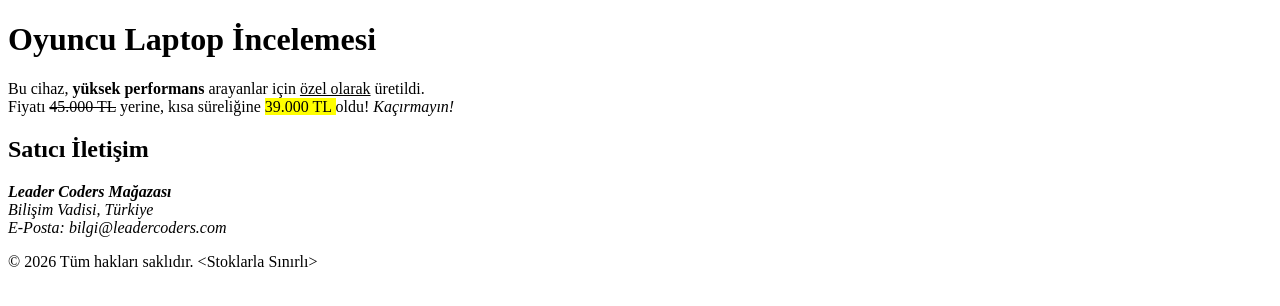
Repository: BeritanBlgn/web-yazilim-muhendisligi
Page: Modul_1/Ders_3/1.3.6_gorev2.html
The author's editor kept a copy of each file at every save. The page is drawn from the files as they stood at one save, then again after the next save.
The browser window is 1280 px wide. The pictures show the whole page.

Above is the page before, as saved 2026-10-09 22:37:57.

After the next save:
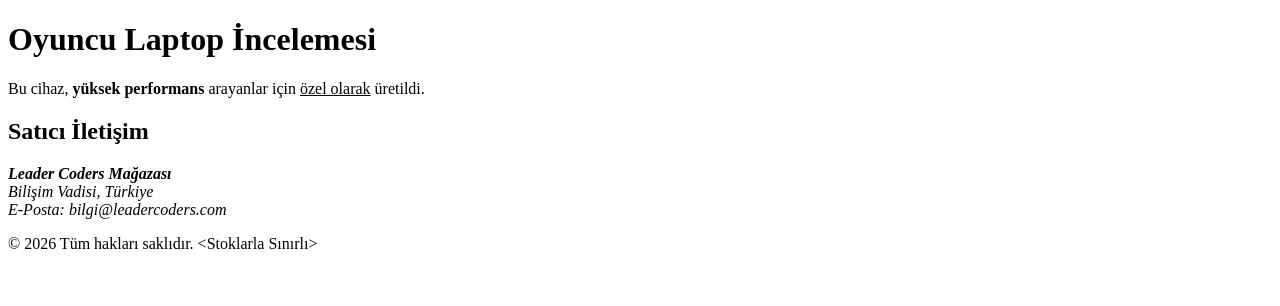
Saved 56 s later.
--- a/Modul_1/Ders_3/1.3.6_gorev2.html
+++ b/Modul_1/Ders_3/1.3.6_gorev2.html
@@ -12,8 +12,7 @@
     <p>
         Bu cihaz, <strong>yüksek performans</strong> arayanlar için
         <u>özel olarak</u> üretildi. <br>
-        Fiyatı <del>45.000 TL</del> yerine, kısa süreliğine <mark>
-            39.000 TL </mark>oldu! <em>Kaçırmayın!</em>
+
     </p>
     <h2>Satıcı İletişim</h2>
     <address>
